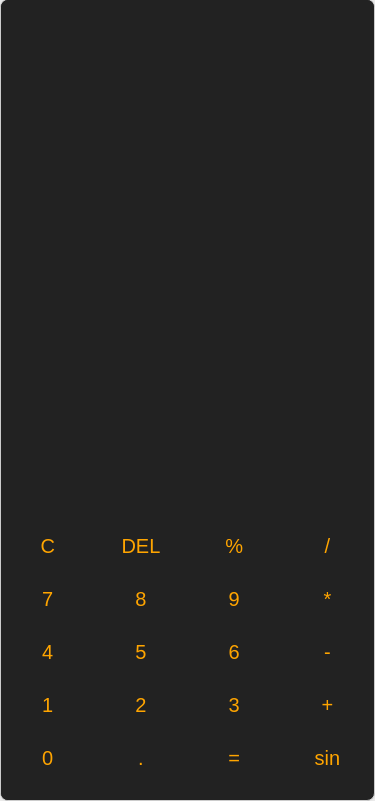
Repository: JuliusMonday/myCalculator
Page: index.html
These files come from the project's save history. The page is drawn as it stood at one moment and after a run of saves; the edit follows.
The browser window is 375 px wide. The pictures show the whole page.

Above is the page before, as saved 2024-05-31 09:00:58.

### index.html
<!DOCTYPE html>
<html lang="en">
<head>
    <meta charset="UTF-8">
    <meta name="viewport" content="width=device-width, initial-scale=1.0">
    <title>JuliusCalc - Scientific Calculator</title>
    <link rel="stylesheet" href="styles.css">
</head>
<body>
    <div class="calculator">
        <div class="display">
            <input type="text" id="result" disabled>
        </div>
        <div class="buttons">
            <button onclick="clearDisplay()">C</button>
            <button onclick="deleteChar()">DEL</button>
            <button onclick="appendChar('%')">%</button>
            <button onclick="appendChar('/')">/</button>

            <button onclick="appendChar('7')">7</button>
            <button onclick="appendChar('8')">8</button>
            <button onclick="appendChar('9')">9</button>
            <button onclick="appendChar('*')">*</button>

            <button onclick="appendChar('4')">4</button>
            <button onclick="appendChar('5')">5</button>
            <button onclick="appendChar('6')">6</button>
            <button onclick="appendChar('-')">-</button>

            <button onclick="appendChar('1')">1</button>
            <button onclick="appendChar('2')">2</button>
            <button onclick="appendChar('3')">3</button>
            <button onclick="appendChar('+')">+</button>

            <button onclick="appendChar('0')">0</button>
            <button onclick="appendChar('.')">.</button>
            <button onclick="calculate()">=</button>

            <button onclick="appendChar('Math.sin(')">sin</button>
            <button onclick="appendChar('Math.cos(')">cos</button>
            <button onclick="appendChar('Math.log(')">log</button>
            <button onclick="appendChar('Math.sqrt(')">√</button>
        </div>
        <marquee><p><b>JuliusCalc||</b> <em>Created by Julius</em></p></marquee>
    </div>
    <script src="index.js"></script>
</body>
</html>

### styles.css
body {
    display: flex;
    justify-content: center;
    align-items: center;
    height: 100vh;
    background-color: #f0f0f0;
    font-family: 'Arial', sans-serif;
    margin: 0;
}

.calculator {
    width: 300px;
    border: 1px solid #ccc;
    border-radius: 8px;
    overflow: hidden;
    box-shadow: 0 0 10px rgba(0, 0, 0, 0.1);
    background-color: #ffffff;
}

.display {
    background-color: #222;
    color: #fff;
    padding: 0;
    font-size: 24px;
    position: relative;
    height: 60px;
    display: flex;
    align-items: flex-end;
    padding-right: 10px;
}

.display input {
    width: 100%;
    border: none;
    background: none;
    color: #fff;
    text-align: right;
    font-size: 24px;
    padding: 0;
    box-sizing: border-box;
    line-height: 60px;
    height: 60px;
}

.buttons {
    display: grid;
    grid-template-columns: repeat(4, 1fr);
}

button {
    padding: 20px;
    font-size: 18px;
    border: 1px solid #ccc;
    background-color: #fff;
    cursor: pointer;
    transition: background-color 0.2s;
}

button:hover {
    background-color: #f0f0f0;
}

button:active {
    background-color: #ddd;
}

/* Responsive Design */
@media (max-width: 600px) {
    .calculator {
        width: 100%;
        height: 100%;
        border-radius: 5;
        background-color:#222;
    }
    .display {
        padding: 10px;
        font-size: 20px;
        height: 500px;
        border-bottom: 2px #FFA500 ;
    }
    button {
        padding: 15px;
        font-size: 20px;
        background-color:#222;
        color: #FFA500;
        border: none;
    }
    body{

    }
}

### index.js
// script.js

function appendChar(char) {
    document.getElementById('result').value += char;
}

function clearDisplay() {
    document.getElementById('result').value = '';
}

function deleteChar() {
    let currentDisplay = document.getElementById('result').value;
    document.getElementById('result').value = currentDisplay.slice(0, -1);
}

function calculate() {
    try {
        let expression = document.getElementById('result').value;

        // Automatically close any opened parentheses
        let openParenthesisCount = (expression.match(/\(/g) || []).length;
        let closeParenthesisCount = (expression.match(/\)/g) || []).length;
        let missingCloseParenthesis = openParenthesisCount - closeParenthesisCount;

        for (let i = 0; i < missingCloseParenthesis; i++) {
            expression += ')';
        }

        let result = eval(expression);
        document.getElementById('result').value = result;
    } catch (error) {
        document.getElementById('result').value = 'Error';
    }
}

After the next 2 saves:
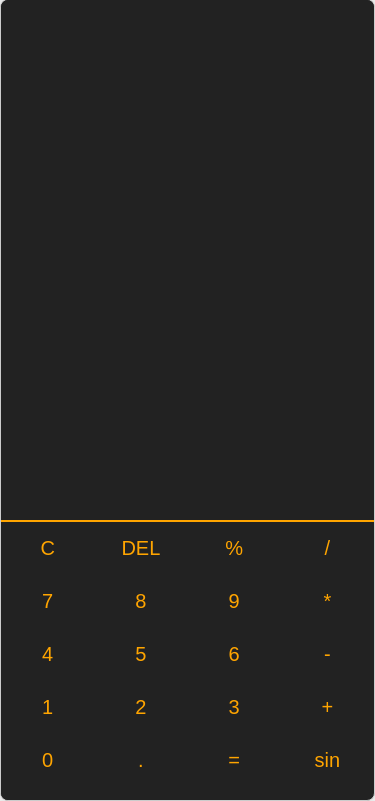
The 2 saves are shown as one change because they came seconds apart.
The last was saved 6 s later.
--- a/styles.css
+++ b/styles.css
@@ -76,7 +76,7 @@ button:active {
         padding: 10px;
         font-size: 20px;
         height: 500px;
-        border-bottom: 2px #FFA500 ;
+        border-bottom: 2px solid #FFA500 ;
     }
     button {
         padding: 15px;
